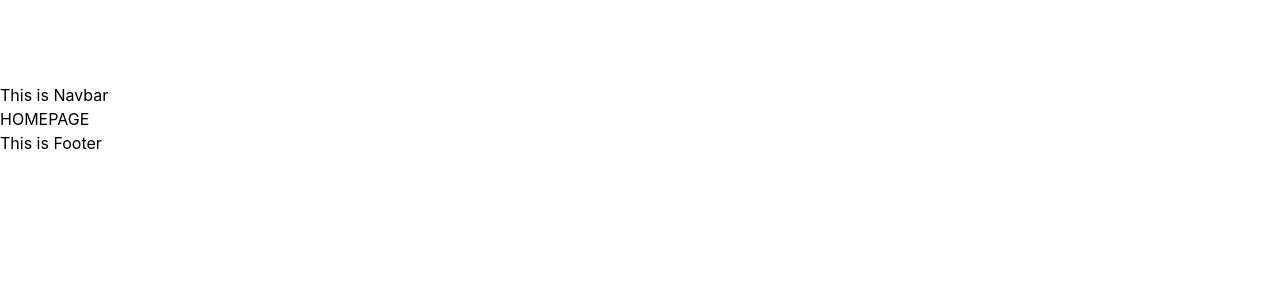
Repository: namhuynh2000/EzOrder_Staff
Page: /
These files come from the project's save history. The page is drawn as it stood at one moment and after the next save; the edit follows.
The browser window is 1280 px wide. The pictures show the whole page.
The project was rebuilt for these pictures with package versions that can differ from the ones it lists, and the page was loaded fresh each time. The framework's server and built-in components were replaced by stand-ins that run in the browser. Also part of the build but not shown: next.config.js, styles/Home.module.css.

Above is the page before, as saved 2022-01-04 16:43:30.

### pages/_app.js
import Layout from '../components/Layout';
import '../styles/globals.css';

function MyApp({ Component, pageProps }) {
	return (
		<Layout>
			<Component {...pageProps} />
		</Layout>
	);
}

export default MyApp;

### pages/index.js
import Head from 'next/head';
import Image from 'next/image';
import styles from '../styles/Home.module.css';
import Link from 'next/link';

export default function Home() {
	return (
		<div>
			<Link href="/about">HOMEPAGE</Link>
		</div>
	);
}

### components/Layout.js
import Navbar from './Navbar';
import Footer from './Footer';

const Layout = ({ children }) => {
	return (
		<div className="content">
			<Navbar />
			{children}
			<Footer />
		</div>
	);
};

export default Layout;

### components/Navbar.js
import Link from 'next/link';
import Image from 'next/image';

const Navbar = () => {
	return (
		<nav>
			<div className="logo">
				<Image src="/favicon.ico" width={50} height={77} />
			</div>
			<h1>This is Navbar</h1>
		</nav>
	);
};

export default Navbar;

### components/Footer.js
const Footer = () => {
	return (
		<footer>
			<h1>This is Footer</h1>
		</footer>
	);
};

export default Footer;

Loaded but not shown: styles/globals.css (common file); tailwind.config.js (common file)

After the next save:
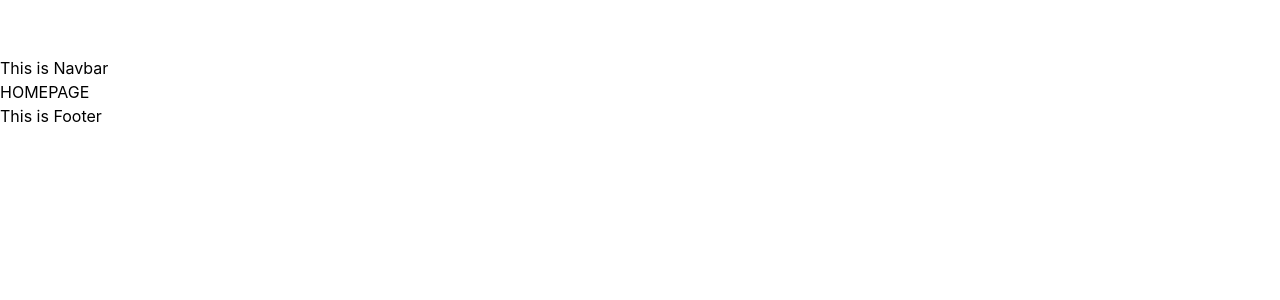
Saved 4 s later.
--- a/components/Navbar.js
+++ b/components/Navbar.js
@@ -5,7 +5,7 @@ const Navbar = () => {
 	return (
 		<nav>
 			<div className="logo">
-				<Image src="/favicon.ico" width={50} height={77} />
+				<Image src="/favicon.ico" width={50} height={50} />
 			</div>
 			<h1>This is Navbar</h1>
 		</nav>
